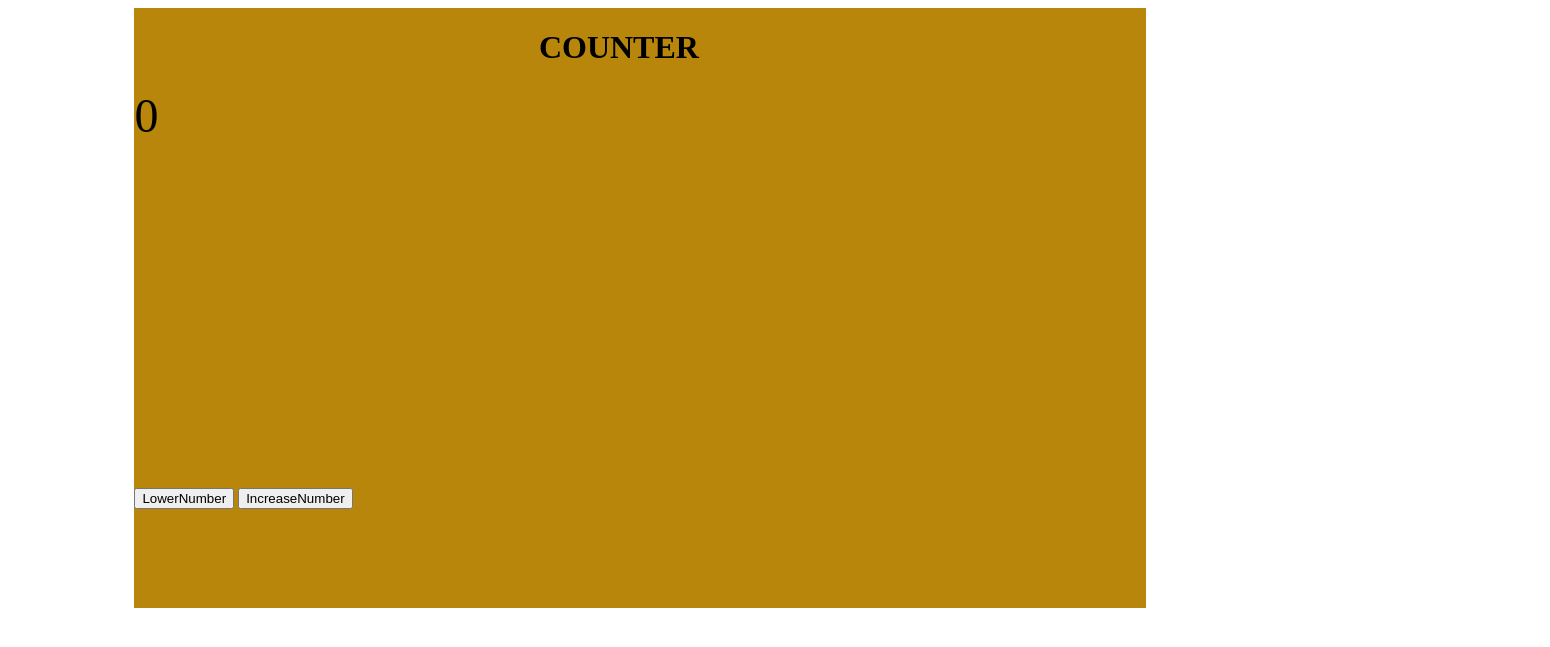
Repository: Sgalstyan06/counterNum
Page: index.html
The author's editor kept a copy of each file at every save. The page is drawn from the files as they stood at one save, then again after the next save.
The browser window is 1280 px wide. The page is 1550 px wide, so the pictures cover 1550 px, including what lies to the right of the window. The pictures show the whole page.

Above is the page before, as saved 2022-02-14 16:51:58.

After the next save:
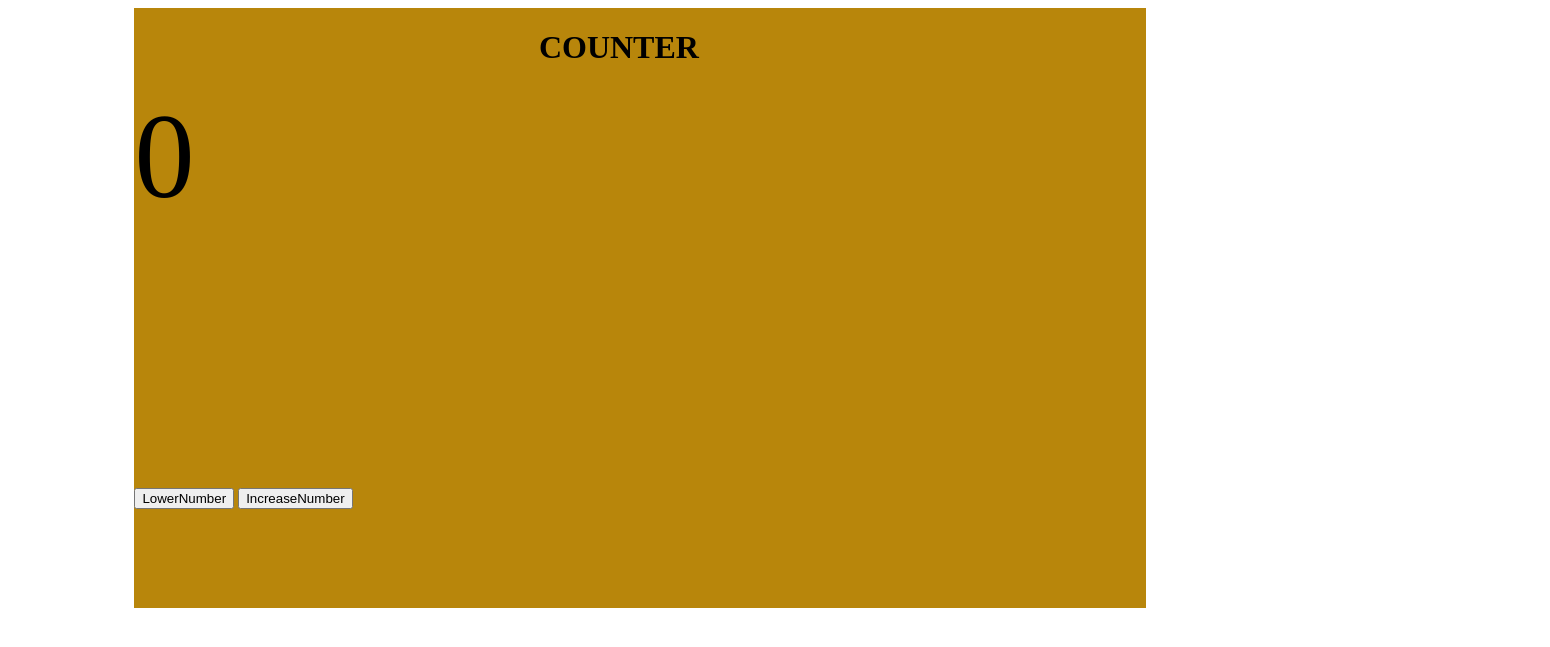
Saved 10 s later.
--- a/style.css
+++ b/style.css
@@ -14,5 +14,5 @@ h1{
 .result{
     width: 80%;
     height: 400px;
-    font-size: 48px;
+    font-size: 120px;
 }
